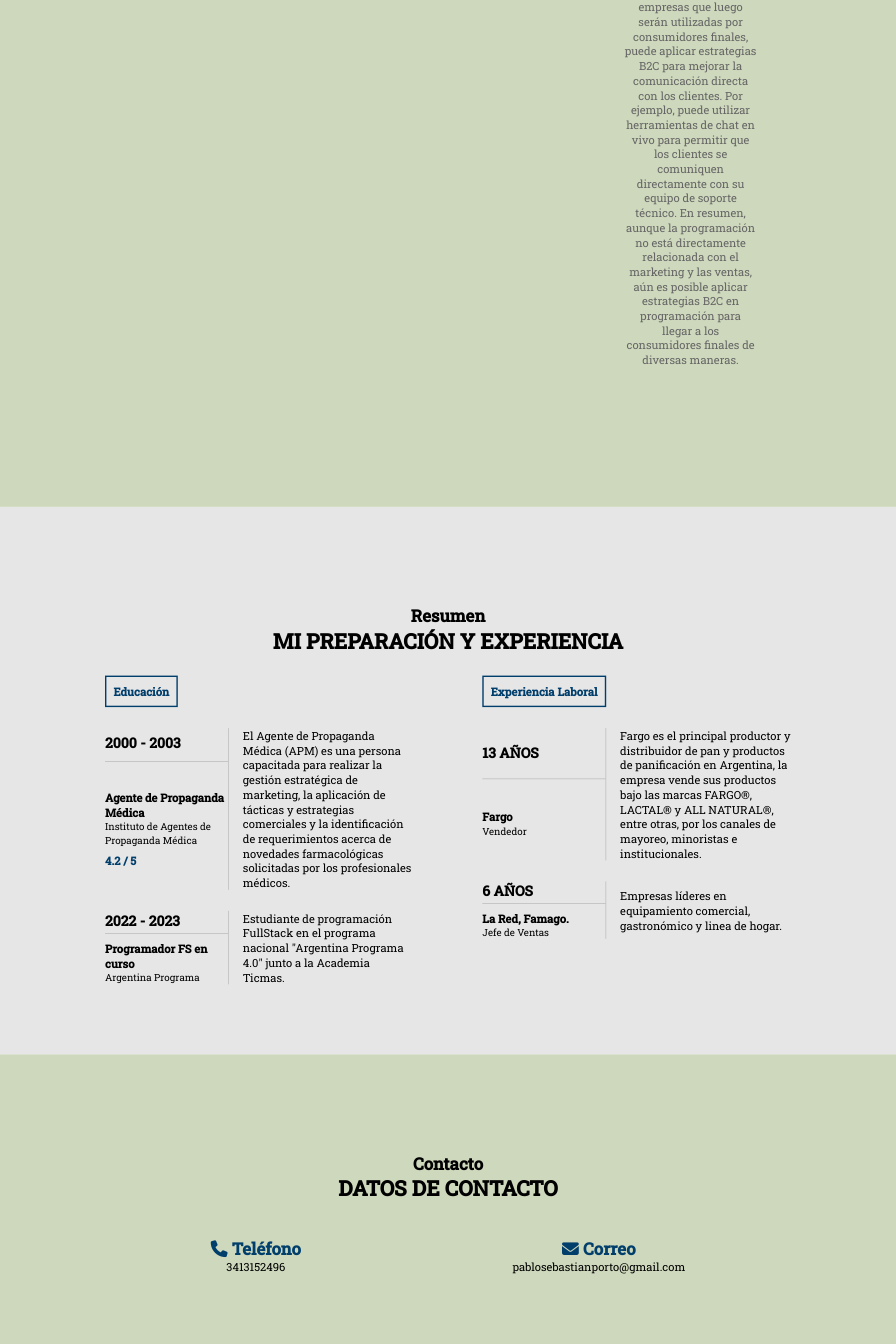
Repository: PabloSebastianPorto/Entrega-CV-1-ARG-PROG
Page: CVFINAL/CVfinal.HTML
These files come from the project's save history. The page is drawn as it stood at one moment and after the next save; the edit follows.
The browser window is 1280 px wide. The pictures show the part of the page from y = 2223 to 4143 px (the page is 4143 px tall before and 4104 px after), at 70% of full size.
Some web libraries are served in a nearby version.

Above is the page before, as saved 2023-02-28 12:22:49.

After the next save:
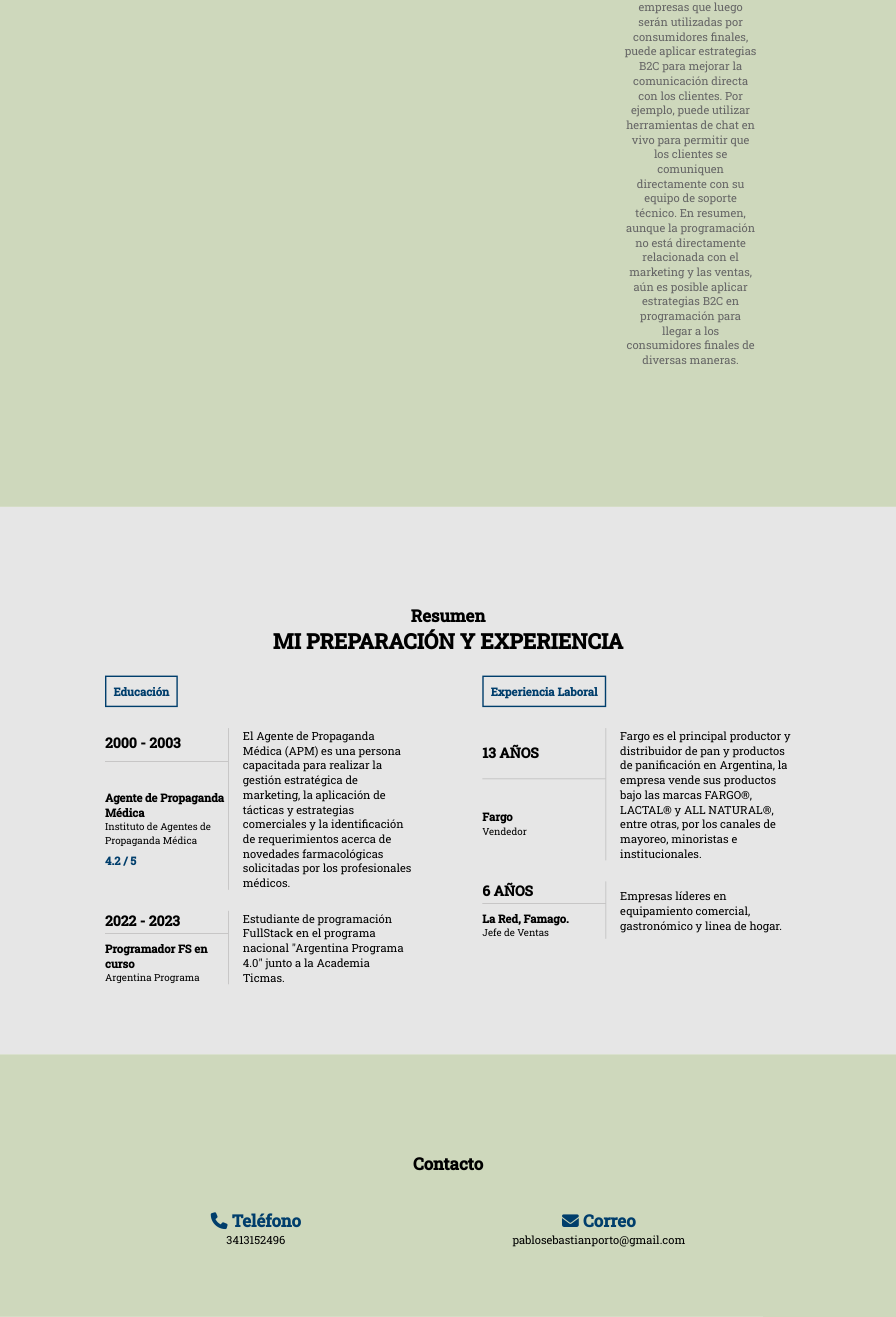
Saved 2 min 43 s later.
--- a/CVFINAL/CVfinal.HTML
+++ b/CVFINAL/CVfinal.HTML
@@ -211,8 +211,6 @@
     <section class="contacto" id="contacto">
       <div class="contenido-seccion">
         <h2 class="titulo-seccion">Contacto</h2>
-        <h3>Datos de Contacto</h3>
-
         <div class="fila">
           <div class="col">
             <h2><i class="fa-solid fa-phone"></i> Teléfono</h2>
